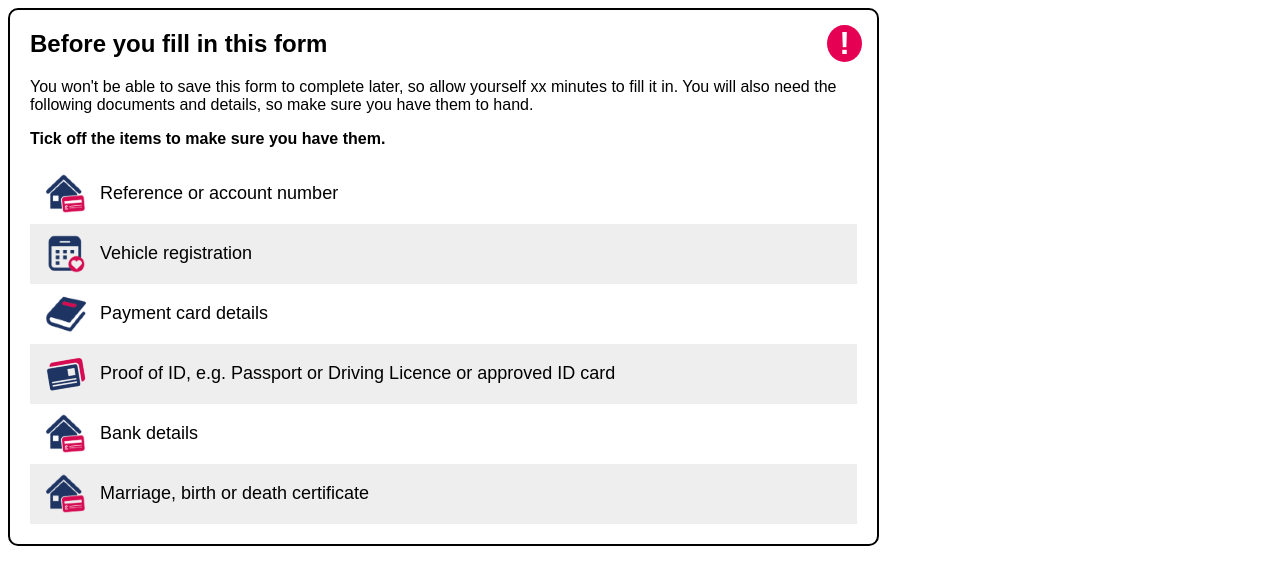
Repository: DigitalExperienceTeam/formchecklist
Page: index.html
The author's editor kept a record of every edit. The page is drawn from the files as they stood at one moment, then again after the next edit.
The browser window is 1280 px wide. The pictures show the whole page.

Above is the page before.

After the next edit:
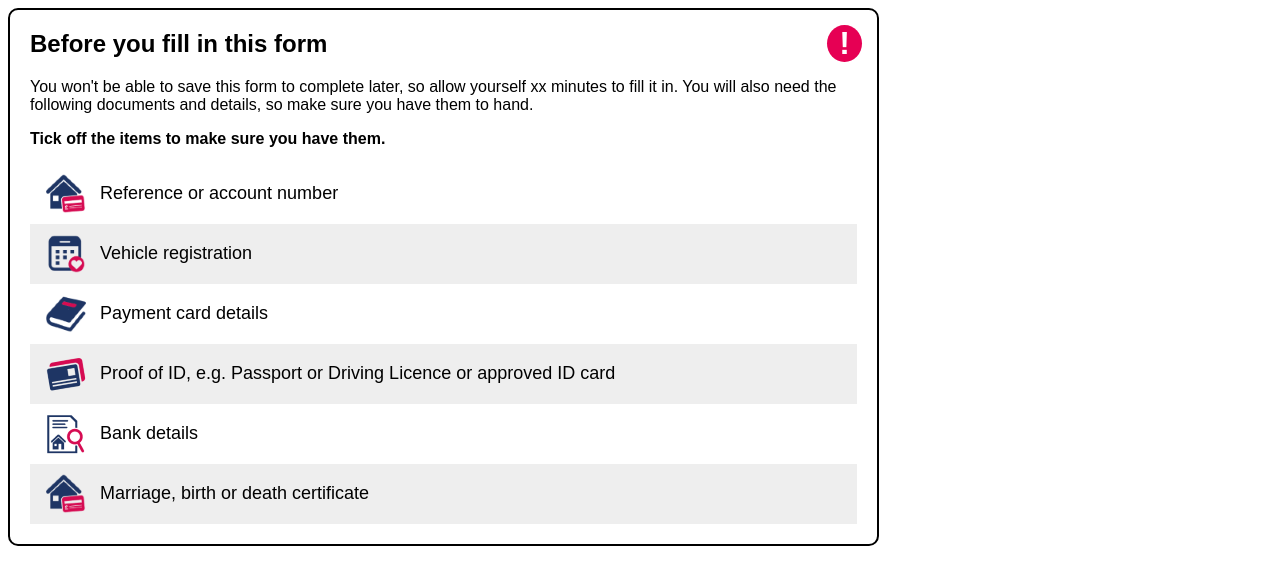
The edit:
--- a/style.css
+++ b/style.css
@@ -93,7 +93,7 @@
 }
 
 .bank::before {
- content: url("Taxsmall.png");
+ content: url("Planningsmall.png");
 }
 
 .certificate::before {
